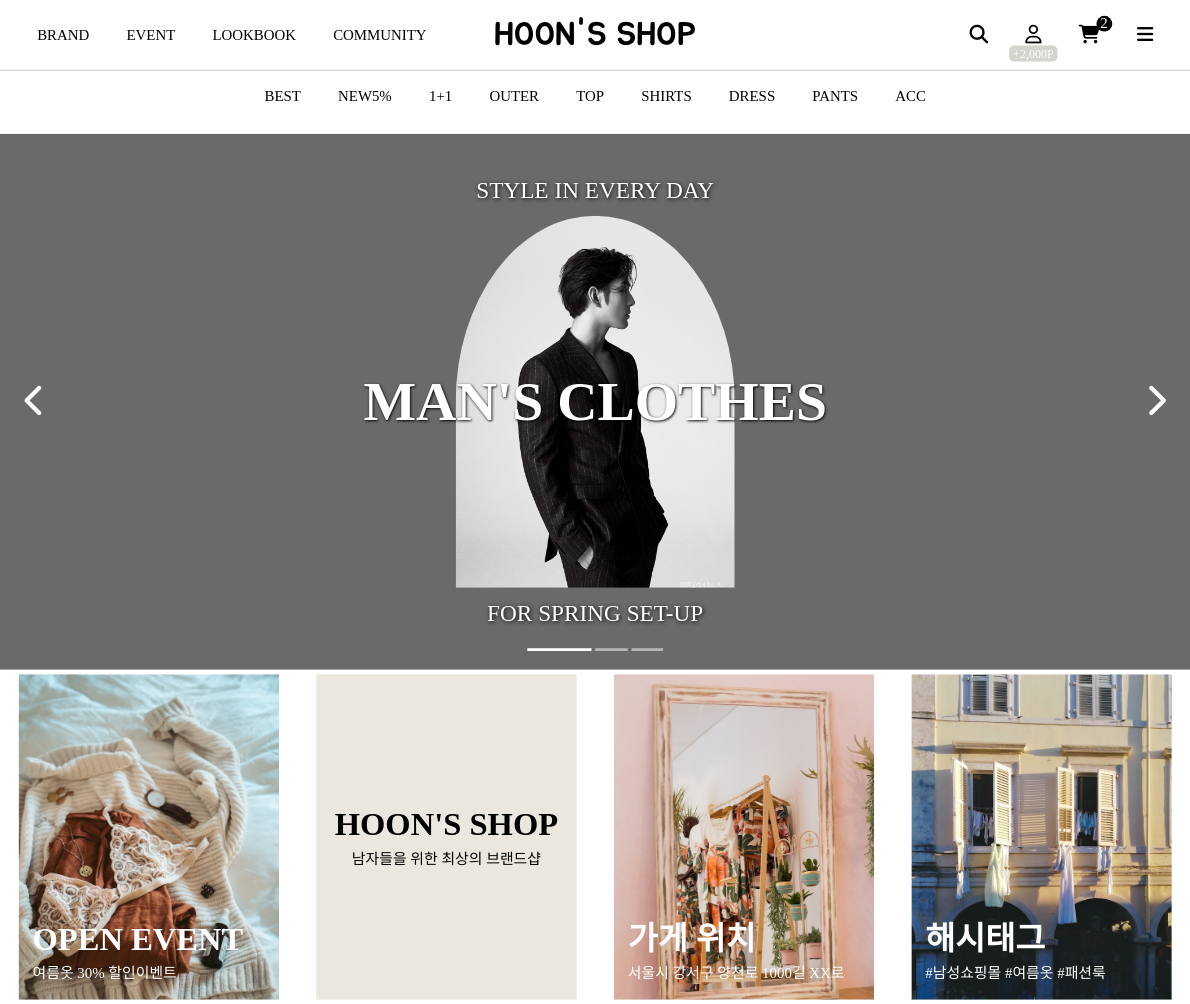
Repository: Iimchaehoon/cafeProject
Page: src/index.html
These files come from the project's save history. The page is drawn as it stood at one moment and after the next save; the edit follows.
The browser window is 1280 px wide. The pictures show the whole page, at 93% of full size.
Some web fonts or font styles are not loaded; a fallback is used. Some web libraries are served in a nearby version.

Above is the page before, as saved 2024-07-24 21:30:34.

After the next save:
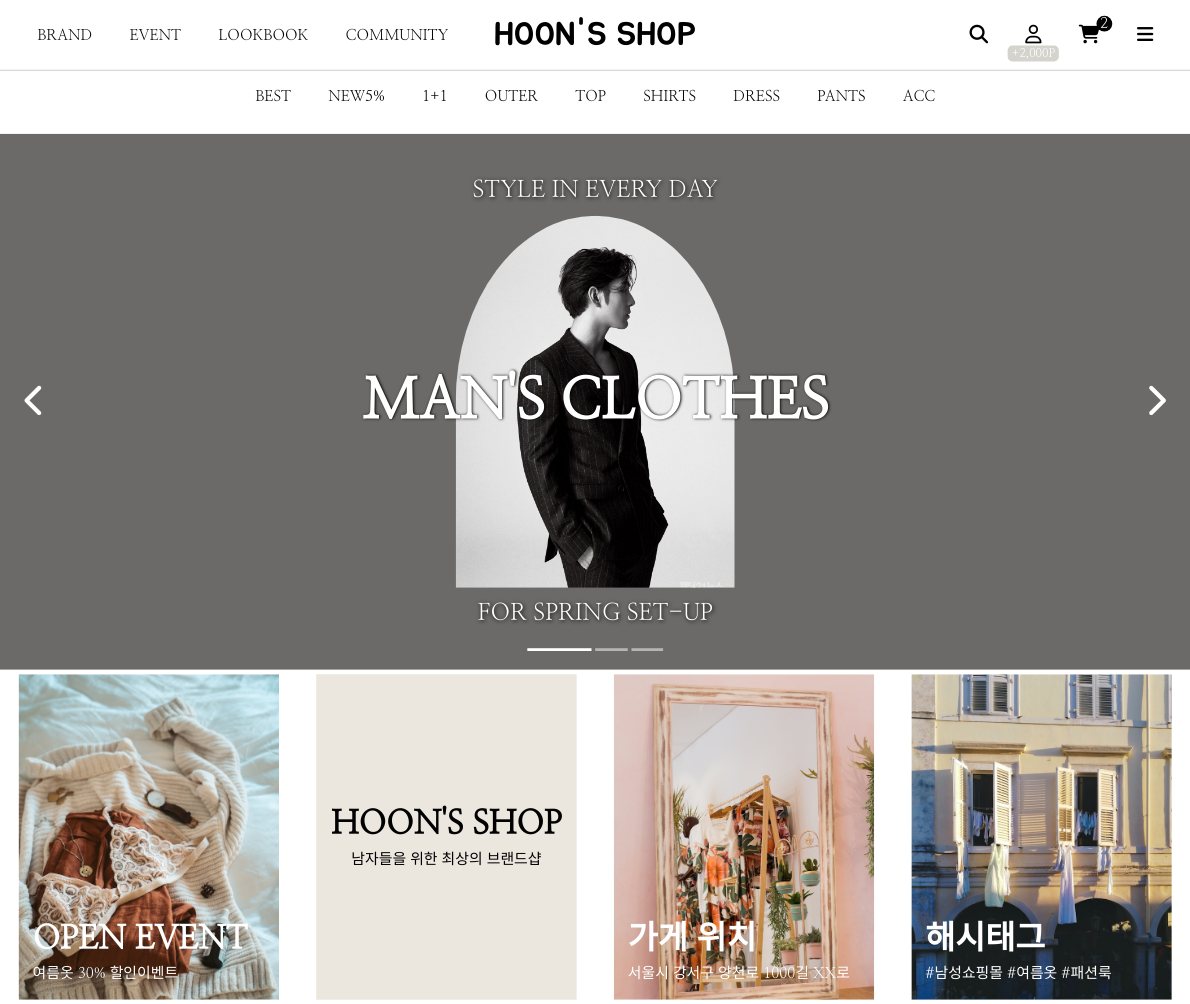
Saved 3 min 17 s later.
--- a/src/css/pages/main.css
+++ b/src/css/pages/main.css
@@ -1,5 +1,5 @@
+@import "../reset.css";
 @import "../common.css";
-@import "../reset.css";
 @import "../components/header.css";
 @import "../slider.css";
 @import "../intro.css";
